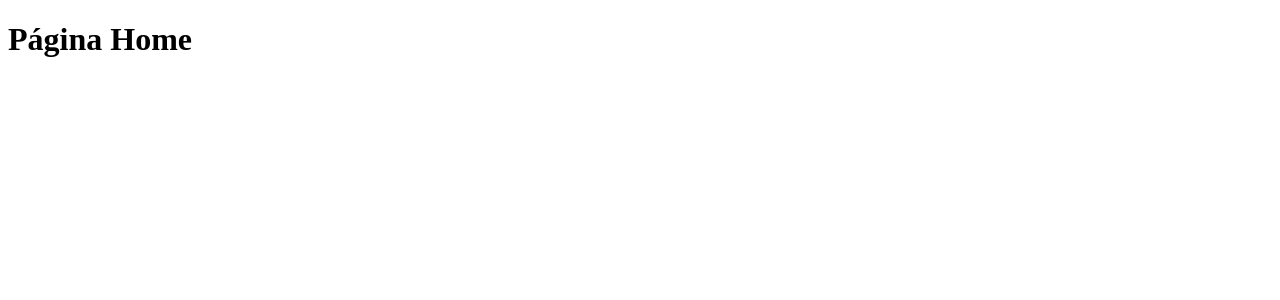
Repository: Lucasbeze/aulagithub-Devsuperior
Page: index.html
These files come from the project's save history. The page is drawn as it stood at one moment and after the next save; the edit follows.
The browser window is 1280 px wide. The pictures show the whole page.

Above is the page before, as saved 2022-09-05 11:34:14.

### index.html
<!DOCTYPE html>
<html lang="pt-br">
<head>
  <meta charset="UTF-8">
  <meta http-equiv="X-UA-Compatible" content="IE=edge">
  <meta name="viewport" content="width=device-width, initial-scale=1.0">
  <title>Teste Git Bash</title>
</head>
<body>
  <h1>Página Home</h1>
  <a href="vendas.html"></a>
</body>
</html>

After the next save:
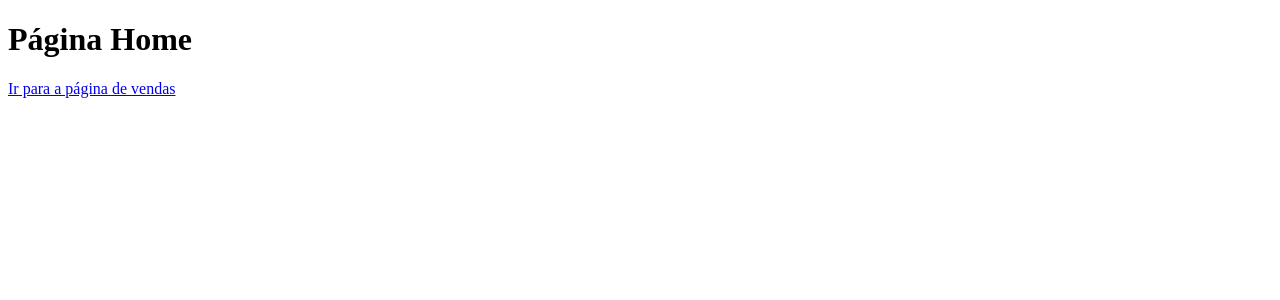
Saved 12 s later.
--- a/index.html
+++ b/index.html
@@ -8,6 +8,6 @@
 </head>
 <body>
   <h1>Página Home</h1>
-  <a href="vendas.html"></a>
+  <a href="vendas.html">Ir para a página de vendas</a>
 </body>
 </html>
